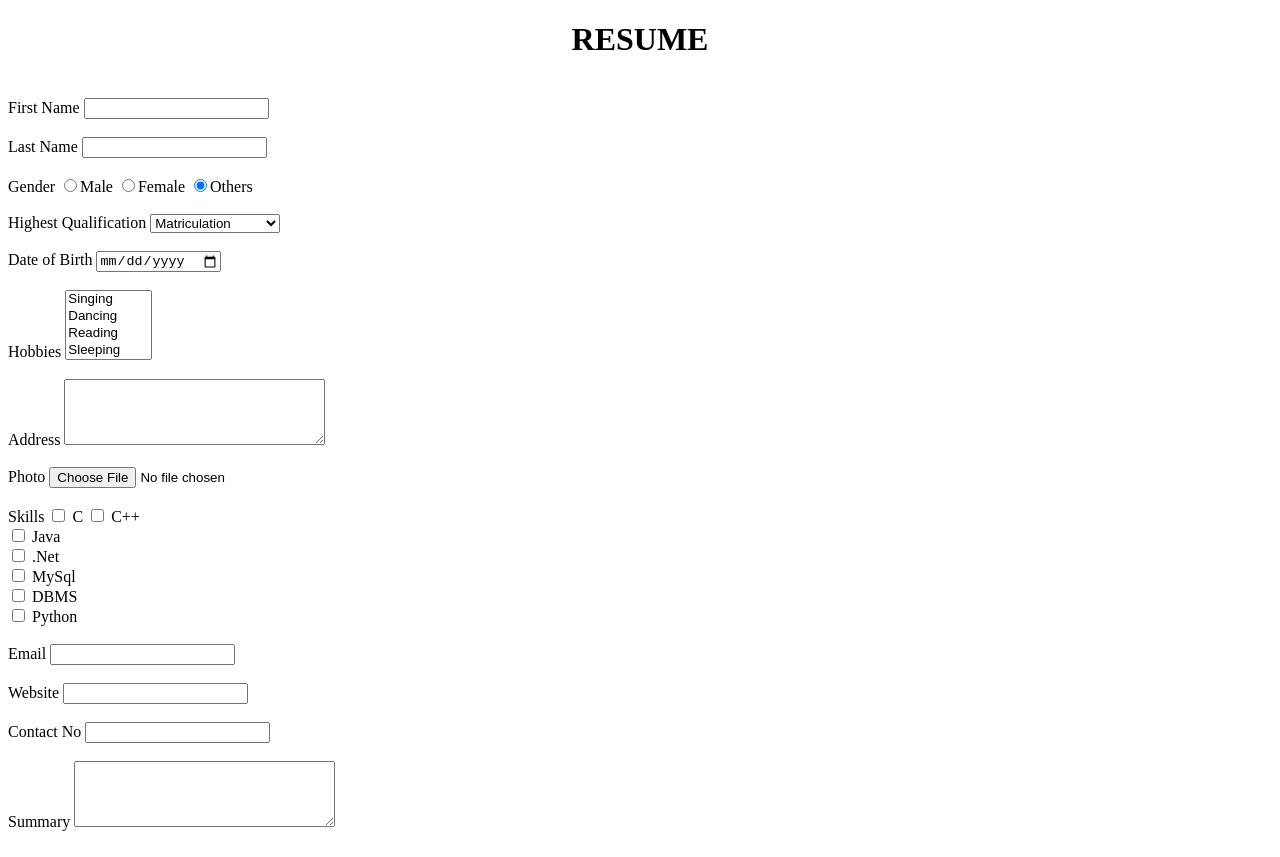
Repository: Rccalfa123/JEE
Page: MyFirstServlet/WebContent/Resume.html
The author's editor kept a copy of each file at every save. The page is drawn from the files as they stood at one save, then again after the next save.
The browser window is 1280 px wide. The pictures show the whole page.

Above is the page before, as saved 2018-08-07 08:38:01.

### MyFirstServlet/WebContent/Resume.html
<!DOCTYPE html>
<html>
<head>
<meta charset="ISO-8859-1">
<title>Resume</title>
</head>
<body>
   <form action="ms1.java" method="get">
   <h1 align="center"> RESUME </h1><br>

   First Name <input type="text" name="fname"><br><br>

   Last Name  <input type="text" name="lname"><br><br>

   Gender <input type="radio" name = "gender" value="male" checked="checked">Male
   		  <input type="radio" name = "gender" value="female" checked="checked">Female
   		  <input type="radio" name = "gender" value="others" checked="checked">Others<br><br>

   Highest Qualification <select name = "Qualification">
            <option value="matriculation">Matriculation</option>
            <option value="intermediate">Intermediate</option>
            <option value="bachaolor_degree">Bachaelor Degree</option>
            <option value="masters">Masters</option>

   			</select> <br><br>

   Date of Birth <input type="date" name="dob"> <br><br>

   Hobbies <select multiple  name = "hobbies">
            <option value="singing">Singing</option>
            <option value="dancing">Dancing</option>
            <option value="reading">Reading</option>
            <option value="sleeping">Sleeping</option>
            <option value="eating">Eating</option>
            <option value="video_games">Video Games</option>

   			</select><br><br>

   Address <textarea name="address"   rows="4" cols="30"></textarea><br><br>

   Photo	<input type="file"  name="photo">	<br><br>


   Skills    <input type="checkbox" name="skills" value="c"> C
   			 <input type="checkbox" name="skills" value="c++"> C++ <br>
   			 <input type="checkbox" name="skills" value="java"> Java <br>
  			 <input type="checkbox" name="skills" value=".net"> .Net <br>
  			 <input type="checkbox" name="skills" value="mysql"> MySql <br>
   			 <input type="checkbox" name="skills" value="dbms"> DBMS <br>
   			 <input type="checkbox" name="skills" value="python"> Python <br><br>

  Email    <input type="email"  name="email"> <br><br>

  Website  <input type="url" name="website"><br><br>

  Contact No <input type="text" name="contact_no"> <br><br>

  Summary  <textarea name="summary"   rows="4" cols="30"></textarea><br><br>


   </form>


</body>
</html>

After the next save:
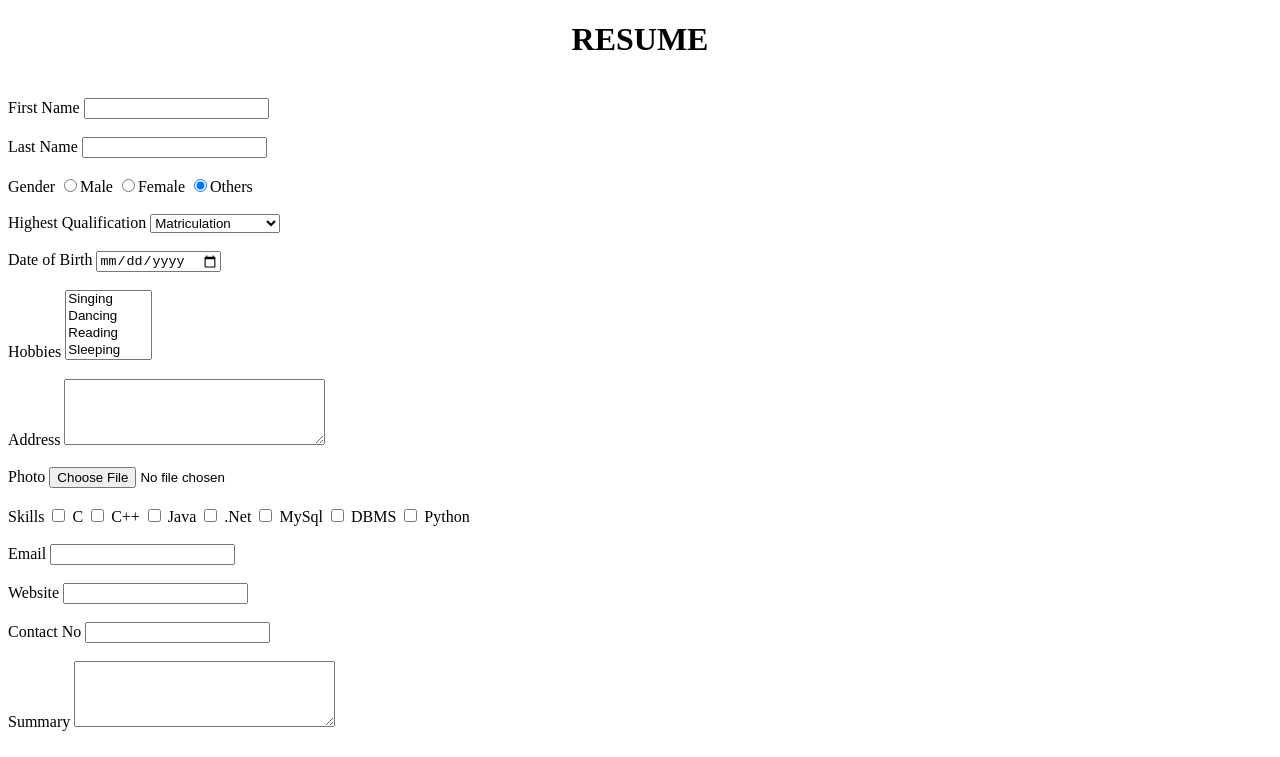
Saved 13 s later.
--- a/MyFirstServlet/WebContent/Resume.html
+++ b/MyFirstServlet/WebContent/Resume.html
@@ -42,11 +42,11 @@
 
 
    Skills    <input type="checkbox" name="skills" value="c"> C
-   			 <input type="checkbox" name="skills" value="c++"> C++ <br>
-   			 <input type="checkbox" name="skills" value="java"> Java <br>
-  			 <input type="checkbox" name="skills" value=".net"> .Net <br>
-  			 <input type="checkbox" name="skills" value="mysql"> MySql <br>
-   			 <input type="checkbox" name="skills" value="dbms"> DBMS <br>
+   			 <input type="checkbox" name="skills" value="c++"> C++
+   			 <input type="checkbox" name="skills" value="java"> Java
+  			 <input type="checkbox" name="skills" value=".net"> .Net
+  			 <input type="checkbox" name="skills" value="mysql"> MySql
+   			 <input type="checkbox" name="skills" value="dbms"> DBMS
    			 <input type="checkbox" name="skills" value="python"> Python <br><br>
 
   Email    <input type="email"  name="email"> <br><br>
